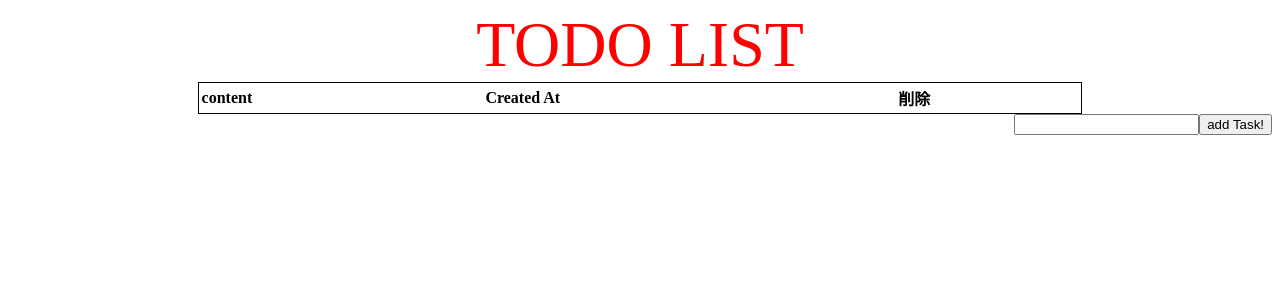
Repository: WistreHosshii/hacathon_todolList
Page: /
An editor plug-in stored every save of this project. The page is shown before and after the next save, followed by the edit.
The browser window is 1280 px wide. The pictures show the whole page.
The page's requests for data from a server got no answer. The project was rebuilt for these pictures with package versions that can differ from the ones it lists, and the page was loaded fresh each time. No one was signed in, and anything a server would have sent is missing.

Above is the page before, as saved 2019-06-11 00:21:59.

After the next save:
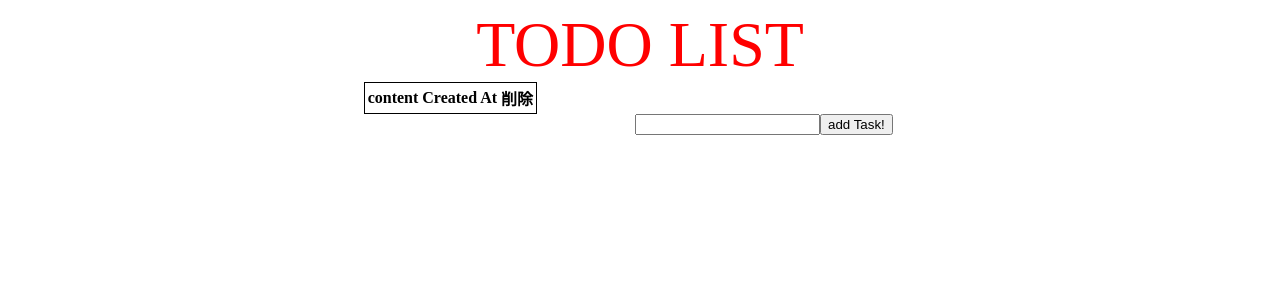
Saved 35 s later.
--- a/App.tsx
+++ b/App.tsx
@@ -14,13 +14,14 @@ const Body = styled.div`
 const JobTable = styled.table`
   text-align: left;
   margin: 0 auto;
-  width: 70%;
   border: solid 1px black;
 `;
 const Button = styled.div`
   float: right;
 `;
-const TableWrapper = styled.div``;
+const TableWrapper = styled.div`
+  width: 70%;
+`;
 interface Props {}
 interface State {
   todos: Todo[];
